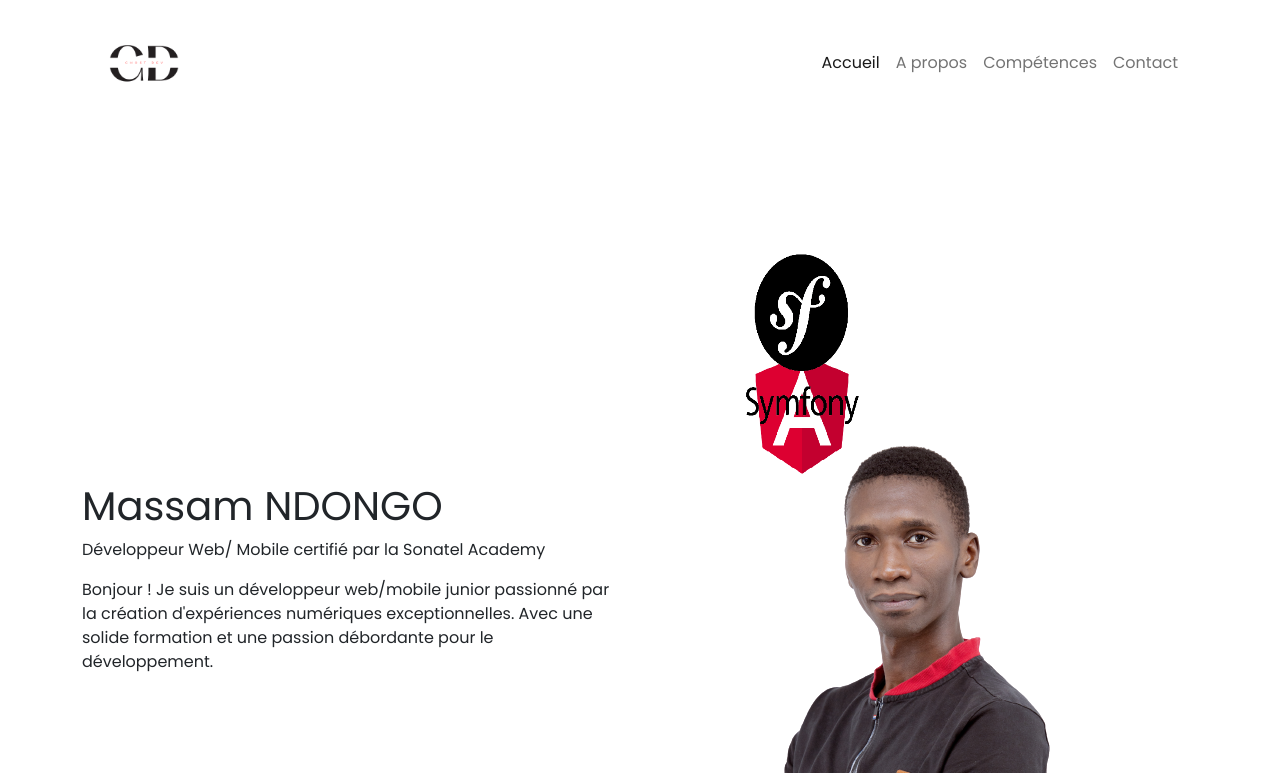
Repository: massndongo/portfolio1
Page: index.html
The author's editor kept a copy of each file at every save. The page is drawn from the files as they stood at one save, then again after the next save.
The browser window is 1280 px wide. The pictures show the part of the page from y = 0 to 773 px (the page is 2311 px tall before and 2111 px after).
A picture or video elsewhere on the page could not be fetched, so the positions and the page height are approximate.

Above is the page before, as saved 2023-05-29 19:11:32.

### index.html
<!DOCTYPE html>
<html>
<head>
    <meta charset='utf-8'>
    <meta http-equiv='X-UA-Compatible' content='IE=edge'>
    <title>Portfolio Massam NDONGO</title>
    <meta name='viewport' content='width=device-width, initial-scale=1'>
    <link rel="stylesheet" href="https://cdn.jsdelivr.net/npm/bootstrap@5.2.3/dist/css/bootstrap.min.css" integrity="sha384-rbsA2VBKQhggwzxH7pPCaAqO46MgnOM80zW1RWuH61DGLwZJEdK2Kadq2F9CUG65" crossorigin="anonymous">
    <link rel="stylesheet" href="./assets/css/main.css">
</head>
<body>
    <div class="container">

        <!-- navbar -->
        <nav class="navbar navbar-expand-lg bg-body-tertiary container">
            <div class="container-fluid">
              <a class="navbar-brand" href="#"><img class="img-thumbnail border-0" width="100px" height="100px" src="./assets/images/logo.png" alt="" srcset=""></a>
              <button class="navbar-toggler" type="button" data-bs-toggle="collapse" data-bs-target="#navbarText" aria-controls="navbarText" aria-expanded="false" aria-label="Toggle navigation">
                <span class="navbar-toggler-icon"></span>
              </button>
              <div class="collapse navbar-collapse d-flex flex-row justify-content-end" id="navbarText">
                <div>
                    <ul class="navbar-nav me-auto mb-2 mb-lg-0">
                      <li class="nav-item">
                        <a class="nav-link active" aria-current="page" href="#">Accueil</a>
                      </li>
                      <li class="nav-item">
                        <a class="nav-link" href="#propos" onclick="scrollToSection('propos')">A propos</a>
                      </li>
                      <li class="nav-item">
                        <a class="nav-link" href="#skills" onclick="scrollToSection('skills')">Compétences</a>
                      </li>
                      <li class="nav-item">
                        <a class="nav-link" href="#contact" onclick="scrollToSection('contact')">Contact</a>
                      </li>
                    </ul>
                </div>
              </div>
            </div>
        </nav>
        <!-- End Navbar -->
        <div id="back-to-top">↑</div>

        <div class="contenu">

            <div class="propos d-flex row flex-row justify-content-center" id="propos">
                <div class="col-lg-6 col-md-12 mb-1 align-middle text-start d-flex flex-column justify-content-center animated-text">
                    <h1 class="">Massam NDONGO</h1>
                    <p class="">Développeur Web/ Mobile certifié par la Sonatel Academy</p>
                    <p>
                        Bonjour ! Je suis un développeur web/mobile junior passionné par la création d'expériences numériques exceptionnelles.
                        Avec une solide formation et une passion débordante pour le développement.

                    </p>
                </div>
                <div class="col-lg-6 col-md-12 profil">
                    <img src="./assets/images/os-projects-angular_thumbnail-removebg-preview.png" width="300px" height="200px" class="angular"  alt="" srcset="">
                    <img src="./assets/images/symfony__1_-removebg-preview.png" width="300px" height="200px" class="symfony"  alt="" srcset="">
                    <img src="./assets/images/mass.png" class="border-0 animated-text" alt="" srcset="">
                </div>
            </div>

            <div class="skills d-flex row flex-row justify-content-center" id="skills">
                <h1 class="text-center m-4 mt-4 text-decoration-underline">Compétences</h1>
                <div class="card m-4" style="width: 18rem;">
                    <img src="./assets/images/angular.png" class="card-img-top" alt="...">
                    <div class="card-body">
                      <p class="card-text">Some quick example text to build on the card title and make up the bulk of the card's content.</p>
                    </div>
                </div>
                <div class="card m-4" style="width: 18rem;">
                    <img src="./assets/images/symfony.png" class="card-img-top" alt="...">
                    <div class="card-body">
                      <p class="card-text">Some quick example text to build on the card title and make up the bulk of the card's content.</p>
                    </div>
                </div>
                <div class="card m-4" style="width: 18rem;">
                    <img src="./assets/images/ionic.webp" class="card-img-top" alt="...">
                    <div class="card-body">
                      <p class="card-text">Some quick example text to build on the card title and make up the bulk of the card's content.</p>
                    </div>
                </div>
                <div class="card m-4" style="width: 18rem;">
                    <img src="./assets/images/laravel.png" class="card-img-top" alt="...">
                    <div class="card-body">
                      <p class="card-text">Some quick example text to build on the card title and make up the bulk of the card's content.</p>
                    </div>
                </div>
                <div class="card m-4" style="width: 18rem;">
                    <img src="./assets/images/angular.png" class="card-img-top" alt="...">
                    <div class="card-body">
                      <p class="card-text">Some quick example text to build on the card title and make up the bulk of the card's content.</p>
                    </div>
                </div>
                <div class="card m-4" style="width: 18rem;">
                    <img src="./assets/images/angular.png" class="card-img-top" alt="...">
                    <div class="card-body">
                      <p class="card-text">Some quick example text to build on the card title and make up the bulk of the card's content.</p>
                    </div>
                </div>
                <div class="card m-4" style="width: 18rem;">
                    <img src="./assets/images/angular.png" class="card-img-top" alt="...">
                    <div class="card-body">
                      <p class="card-text">Some quick example text to build on the card title and make up the bulk of the card's content.</p>
                    </div>
                </div>
            </div>

            <div class="projets img-thumbnail bg-black">
                Lorem ipsum dolor sit amet consectetur adipisicing elit. Facere soluta nam sequi et quia officia, ratione dolore nisi ex necessitatibus ipsam dolor. Eveniet corporis voluptas similique hic omnis, maiores necessitatibus.
            </div>

            <div class="contact img-thumbnail bg-danger" id="contact">
                Lorem ipsum dolor sit amet consectetur adipisicing elit. Saepe consequatur porro numquam? Blanditiis harum consectetur, illum eligendi id dolorem mollitia velit neque? Cum itaque ipsum, ipsam autem saepe iure numquam!
                Quod incidunt quaerat exercitationem iusto perferendis architecto enim officia repellendus itaque dolorem animi, consectetur omnis quasi rerum voluptatum distinctio est deserunt harum porro neque quidem. Soluta itaque ullam repellat fugit?

            </div>
        </div>


        <footer></footer>

    </div>


    <!-- script -->
    <script src="https://cdn.jsdelivr.net/npm/bootstrap@5.2.3/dist/js/bootstrap.min.js" integrity="sha384-cuYeSxntonz0PPNlHhBs68uyIAVpIIOZZ5JqeqvYYIcEL727kskC66kF92t6Xl2V" crossorigin="anonymous"></script>
    <script src="https://cdn.jsdelivr.net/npm/bootstrap@5.2.3/dist/js/bootstrap.bundle.min.js" integrity="sha384-kenU1KFdBIe4zVF0s0G1M5b4hcpxyD9F7jL+jjXkk+Q2h455rYXK/7HAuoJl+0I4" crossorigin="anonymous"></script>
    <script src='./assets/js/main.js'></script>
</body>
</html>

### assets/css/main.css
@font-face {
    font-family: 'Poppins Regular';
    src: url('../fonts/poppins/Poppins-Regular.ttf') format('truetype');
  }

  /* Utilisation de la police */
  body {
    font-family: 'Poppins Regular', sans-serif;
  }

.contenu {
    margin-top: 10%;
}

.animated-text {
    animation: fade-in-out 4s normal;
    }

    @keyframes fade-in-out {
    0% {
        opacity: 1;
    }
    50% {
        opacity: 0;
    }
    100% {
        opacity: 1;
    }
}


#back-to-top {
    display: none;
    position: fixed;
    bottom: 20px;
    right: 20px;
    width: 40px;
    height: 40px;
    background-color: #ccc;
    border-radius: 50%;
    text-align: center;
    line-height: 40px;
    cursor: pointer;
  }

.skills {
    margin-top: 5%;
}
.profil {
    /* background-color: #db7e14; */
}
.angular {
    position: absolute;
    margin-top: 6%;
    z-index: -1;
}

.symfony {

}

### assets/js/main.js
  // Sélectionnez tous les liens de la navbar avec la classe "nav-link"
  var navLinks = document.querySelectorAll('.nav-link');

  // Parcourez tous les liens et ajoutez un gestionnaire d'événement pour le clic
  navLinks.forEach(function(link) {
    link.addEventListener('click', function(event) {
      event.preventDefault(); // Empêche le comportement par défaut du navigateur
      var target = this.getAttribute('href'); // Récupère l'attribut href du lien
      scrollToSection(target); // Appelle la fonction de défilement vers la section cible
    });
  });

  // Fonction pour déplacer l'utilisateur vers une section spécifique
  function scrollToSection(sectionId) {
    var section = document.querySelector(sectionId);
    if (section) {
      section.scrollIntoView({ behavior: 'smooth' });
    }
  }


  var backToTopBtn = document.getElementById("back-to-top");

  // Afficher ou masquer le bouton en fonction du défilement de la page
  window.addEventListener("scroll", function() {
    if (window.pageYOffset > 100) {
      backToTopBtn.style.display = "block";
    } else {
      backToTopBtn.style.display = "none";
    }
  });

  // Faire défiler vers le haut de la page lorsque le bouton est cliqué
  backToTopBtn.addEventListener("click", function() {
    window.scrollTo({
      top: 0,
      behavior: "smooth"
    });
  });

After the next save:
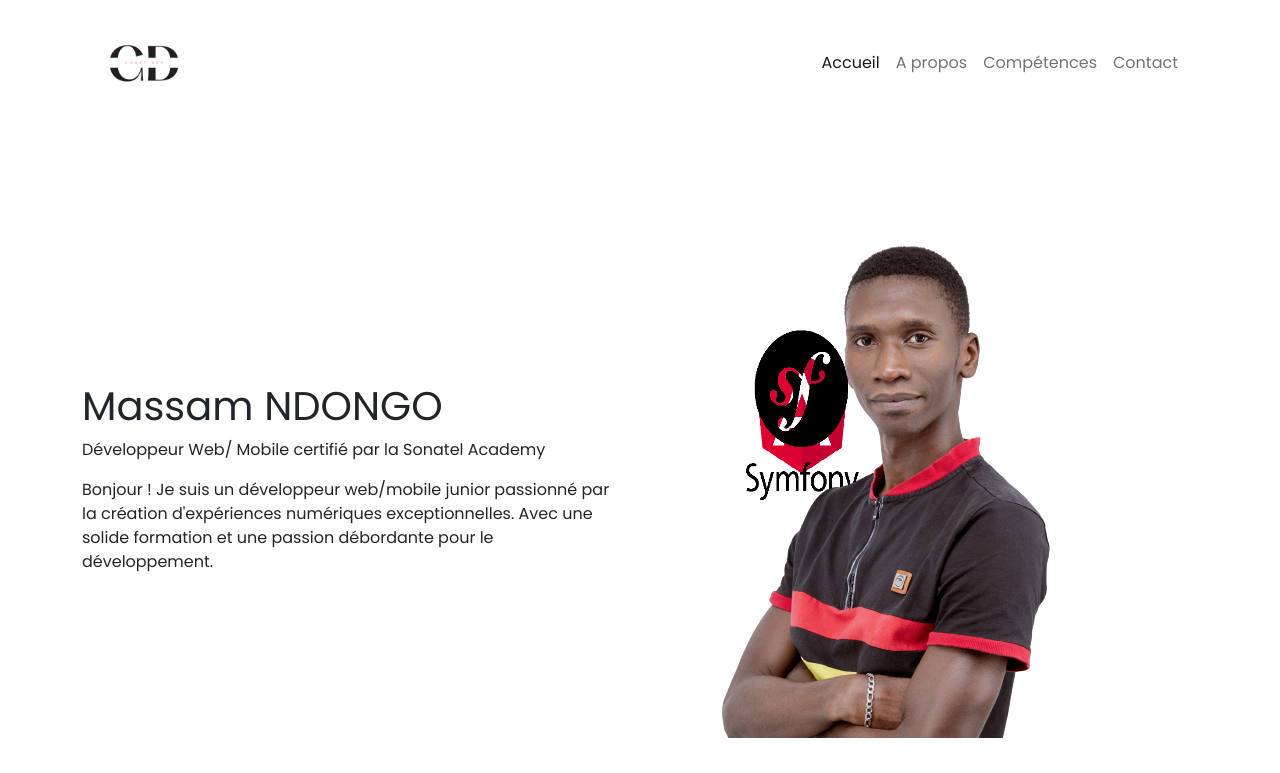
Saved 7 s later.
--- a/assets/css/main.css
+++ b/assets/css/main.css
@@ -57,4 +57,7 @@
 
 .symfony {
 
+    position: absolute;
+    margin-top: 6%;
+    z-index: -1;
 }
